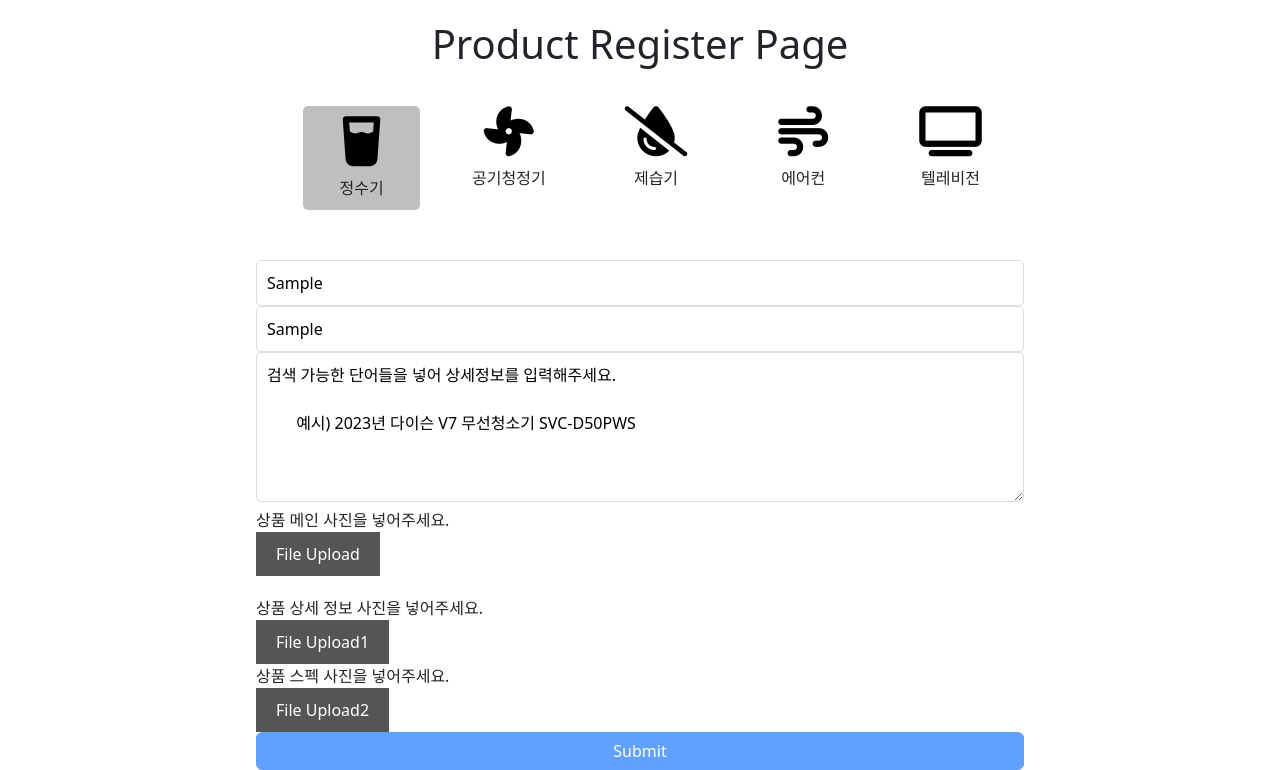
Repository: bbqju13/52si
Page: http://localhost/spring/WEB-INF/views/product/register.jsp
The author's editor kept a copy of each file at every save. The page is drawn from the files as they stood at one save, then again after the next save.
The browser window is 1280 px wide. The pictures show the whole page.
Empty fields were first filled with sample values (such as "Sample", 5 or name@example.com).
After loading, the first visible `li.product` was clicked once.
Some web libraries are served in a nearby version. The page is served by Tomcat 9. Nobody is signed in. Other server files are loaded and not shown. The template is opened directly, without the code that normally fills it, so the values that code supplies are empty.

Above is the page before, as saved 2023-07-28 04:05:41.

### spring/src/main/webapp/WEB-INF/views/product/register.jsp
<%@ page language="java" contentType="text/html; charset=UTF-8"
    pageEncoding="UTF-8"%>
<%@ taglib uri="http://java.sun.com/jsp/jstl/core" prefix="c" %>
<!DOCTYPE html>
<html>
<head>
<meta charset="UTF-8">
<title>Product Register Page</title>
<link rel="stylesheet" href="/resources/css/product/register.css">
<script src="https://kit.fontawesome.com/e927512ef5.js" crossorigin="anonymous"></script>
<link href="https://cdn.jsdelivr.net/npm/bootstrap@5.3.1/dist/css/bootstrap.min.css" rel="stylesheet" integrity="sha384-4bw+/aepP/YC94hEpVNVgiZdgIC5+VKNBQNGCHeKRQN+PtmoHDEXuppvnDJzQIu9" crossorigin="anonymous">
<script src="https://cdn.jsdelivr.net/npm/bootstrap@5.3.1/dist/js/bootstrap.bundle.min.js" integrity="sha384-HwwvtgBNo3bZJJLYd8oVXjrBZt8cqVSpeBNS5n7C8IVInixGAoxmnlMuBnhbgrkm" crossorigin="anonymous"></script>
</head>
<body>
	<h1>Product Register Page</h1>
	 <form action="/product/register" method="post" id="registerForm" class="was-validated" enctype="multipart/form-data">
        <div id="productDiv">
            <ul>
                <li class="product" data-value="정수기">
                    <div>
                        <i class="fa-solid fa-glass-water" style="color: #000000;"></i>
                        <div class="product-name">정수기</div>
                    </div>
                </li>
                <li class="product" data-value="공기청정기">
                    <div>
                        <i class="fa-solid fa-fan" style="color: #000000;"></i>
                        <div class="product-name">공기청정기</div>
                    </div>
                </li>
                <li class="product" data-value="제습기">
                    <div>
                        <i class="fa-solid fa-droplet-slash" style="color: #000000;"></i>
                        <div class="product-name">제습기</div>
                    </div>
                </li>
                <li class="product" data-value="에어컨">
                    <div>
                        <i class="fa-solid fa-wind" style="color: #000000;"></i>
                        <div class="product-name">에어컨</div>
                    </div>
                </li>
                <li class="product" data-value="텔레비전">
                    <div>
                        <i class="fa-solid fa-tv" style="color: #000000;"></i>
                        <div class="product-name">텔레비전</div>
                    </div>
                </li>
            </ul>
        </div>
        <input type="hidden" name="type_a" id="mySelection">
        <p id="type_aError" style="color: red; display: none;">제품 카테고리를 입력해주세요.</p>
       <br>
       <input name="pname" placeholder="제품명을 입력해주세요"> <br>
       <p id="pnameError" style="color: red; display: none;">제품명을 입력해주세요.</p>
       <input id="priceInput" name="price" placeholder="가격을 입력해주세요"> <br>
       <p id="priceError" style="color: red; display: none;">숫자만 입력해주세요.</p>
       <textarea name="content" cols="50" rows="10">검색 가능한 단어들을 넣어 상세정보를 입력해주세요.&#10;
       예시) 2023년 다이슨 V7 무선청소기 SVC-D50PWS
       </textarea> <br>
       상품 메인 사진을 넣어주세요.<input type="file" id="files" name="files" style="display: none" class="form-control" aria-label="file example" required> <br>
       <button type="button" id="trigger">File Upload</button> <br>
       <div id="fileZone">

       </div>
       상품 상세 정보 사진을 넣어주세요.<input type="file" id="files1" name="files" style="display: none" class="form-control" aria-label="file example" required> <br>
       <button type="button" id="trigger1">File Upload1</button> <br>
       <div id="fileZone1">

       </div>

       상품 스펙 사진을 넣어주세요.<input type="file" id="files2" name="files" style="display: none" class="form-control" aria-label="file example" required> <br>
       <button type="button" id="trigger2">File Upload2</button> <br>
       <div id="fileZone2">

       </div>

       <button onclick="validateButton(event)" id="regBtn" class="btn btn-primary" type="submit" disabled>Submit</button>
    </form>

	<script type="text/javascript" src="/resources/js/product/productRegister.js"></script>
	<script type="text/javascript">
	    const thereis = `<c:out value="${thereis}"/>`;
	    console.log(thereis);
	    if (thereis === "1") {
	        alert("같은 상품명이 존재합니다. 다시 입력해주세요.");
	        document.getElementById("registerForm").addEventListener("submit", function(e) {
	        });
	    }
</script>
</body>
</html>

### spring/src/main/webapp/resources/css/product/register.css
body {
    font-family: 'Helvetica Neue', Helvetica, Arial, sans-serif;
    background-color: #fff;
    color: #333;
    margin: 0;
    padding: 0;
}

h1 {
    text-align: center;
    padding: 20px 0;
}

form {
    width: 60%;
    margin: 0 auto;
}

input, textarea {
    width: 100%;
    margin: 10px 0;
    padding: 10px;
    font-size: 0.8em;
    border-radius: 5px;
    border: 1px solid #ddd;
}

textarea {
    height: 150px;
}

li {
    list-style-type: none;
    flex: 1;
    text-align: center;
    padding: 10px;
    box-sizing: border-box;
    margin: 0 5px;
}

ul {
    display: flex;
    justify-content: space-between;
    cursor: pointer;
    padding: 0;
    margin-bottom: 30px;
    min-width: 580px;
}

.product-clicked {
    background-color: rgba(128, 128, 128, 0.5);
    padding: 10px;
    border-radius: 5px;
    animation: pop 0.5s;
}
@keyframes pop {
    0% { transform: scale(1); }
    50% { transform: scale(1.1); }
    100% { transform: scale(1); }
}

i {
    font-size: 50px;
    display: block;
    margin-bottom: 10px;
}

button {
    background-color: #555;
    color: #fff;
    border: none;
    padding: 10px 20px;
    text-align: center;
    text-decoration: none;
    display: inline-block;
    font-size: 16px;
    margin: 4px 2px;
    cursor: pointer;
}

button:hover {
    background-color: #343638;
}

#regBtn {
    width: 100%;
}

#fileZone {
    margin-bottom: 20px;
}

### spring/src/main/webapp/resources/js/product/productRegister.js
document.getElementById('trigger').addEventListener('click', () => {
    document.getElementById('files').click();
})

document.getElementById('trigger1').addEventListener('click', () => {
    document.getElementById('files1').click();
})

document.getElementById('trigger2').addEventListener('click', () => {
    document.getElementById('files2').click();
})

const regExp = new RegExp("\.(exe|sh|bat|msi|dll|js)$");
const regExpImg = new RegExp("\.(jpg|jpeg|png|gif|bmp)$");
const maxSize = 1024*1024*20;

function fileSizeValidation(fileName, fileSize) {
    if(regExp.test(fileName)) {
        return 0;
    } else if(fileSize > maxSize) {
        return 0;
    } else {
        return 1;
    }
}

document.addEventListener('change', (e) => {
    console.log(e.target);
    if(e.target.id=='files') {
        document.getElementById('regBtn').disabled=false;
        const fileObject = document.getElementById('files').files;
        console.log(fileObject);

        let div = document.getElementById('fileZone');
        div.innerHTML = '';
        let ul = `<ul>`;
        let isOk = 1;
        for(let file of fileObject) {
            console.log(file);
            let validResult = fileSizeValidation(file.name, file.size);
            isOk*=validResult;
            ul += `<li>`;
            ul += `${validResult ? '<div>업로드 가능':'<div>업로드 불가능'}</div>`;
            ul += `${file.name}`;
            ul += `<span class="badge rounded-pill text-bg-${validResult?'success':'danger'}">${file.size}Bytes</span></li>`;
        }
        ul += `</ul>`;
        div.innerHTML = ul;
        if(isOk==0) {
            document.getElementById('regBtn').disabled = true;
        }

    }
})

document.addEventListener('change', (e) => {
    console.log(e.target);
    if(e.target.id=='files1') {
        document.getElementById('regBtn').disabled=false;
        const fileObject = document.getElementById('files1').files;
        console.log(fileObject);

        let div1 = document.getElementById('fileZone1');
        div1.innerHTML = '';
        let ul = `<ul>`;
        let isOk = 1;
        for(let file of fileObject) {
            console.log(file);
            let validResult = fileSizeValidation(file.name, file.size);
            isOk*=validResult;
            ul += `<li>`;
            ul += `${validResult ? '<div>업로드 가능':'<div>업로드 불가능'}</div>`;
            ul += `${file.name}`;
            ul += `<span class="badge rounded-pill text-bg-${validResult?'success':'danger'}">${file.size}Bytes</span></li>`;
        }
        ul += `</ul>`;
        div1.innerHTML = ul;
        if(isOk==0) {
            document.getElementById('regBtn').disabled = true;
        }

    }
})

document.addEventListener('change', (e) => {
    console.log(e.target);
    if(e.target.id=='files2') {
        document.getElementById('regBtn').disabled=false;
        const fileObject = document.getElementById('files2').files;
        console.log(fileObject);

        let div1 = document.getElementById('fileZone2');
        div1.innerHTML = '';
        let ul = `<ul>`;
        let isOk = 1;
        for(let file of fileObject) {
            console.log(file);
            let validResult = fileSizeValidation(file.name, file.size);
            isOk*=validResult;
            ul += `<li>`;
            ul += `${validResult ? '<div>업로드 가능':'<div>업로드 불가능'}</div>`;
            ul += `${file.name}`;
            ul += `<span class="badge rounded-pill text-bg-${validResult?'success':'danger'}">${file.size}Bytes</span></li>`;
        }
        ul += `</ul>`;
        div1.innerHTML = ul;
        if(isOk==0) {
            document.getElementById('regBtn').disabled = true;
        }

    }
})

window.onload = function(){
    var products = document.querySelectorAll('.product');
    products.forEach(function(product){
        product.addEventListener('click', function(e){
            // remove product-clicked from all products
            products.forEach(function(prod){
                prod.firstElementChild.classList.remove('product-clicked');
            });

            // add product-clicked to the clicked product
            e.currentTarget.firstElementChild.classList.add('product-clicked');

            // update the hidden input with the data-value of the clicked product
            document.getElementById('mySelection').value = e.currentTarget.dataset.value;
        });
    });
}

function validateButton(event) {
    var type_aInput = document.querySelector('input[name="type_a"]');
    var type_aError = document.getElementById("type_aError");
    var pnameInput = document.querySelector('input[name="pname"]');
    var pnameError = document.getElementById("pnameError");
    var priceInput = document.querySelector('input[name="price"]');
    var priceError = document.getElementById("priceError");
    var contentTextarea = document.querySelector('textarea[name="content"]');
    var isFormValid = true; // 폼 유효성 검사 결과
    console.log(isFormValid);

    if (type_aInput.value.trim() === "") {
        isFormValid = false;
        type_aError.style.display = "block";
    } else {
        type_aError.style.display = "none";
    }

    if (pnameInput.value.trim() === "") {
        isFormValid = false;
        pnameError.style.display = "block";
    } else {
        pnameError.style.display = "none";
    }

    if (priceInput.value.trim() === "" || isNaN(priceInput.value)) {
        isFormValid = false;
        priceError.style.display = "block";
    } else {
        priceError.style.display = "none";
    }

    if (contentTextarea.value.trim() === "") {
        isFormValid = false;
    }

    console.log(isFormValid);
    // 폼 전송 막기
    if (!isFormValid) {
        event.preventDefault();
    }
}

After the next save:
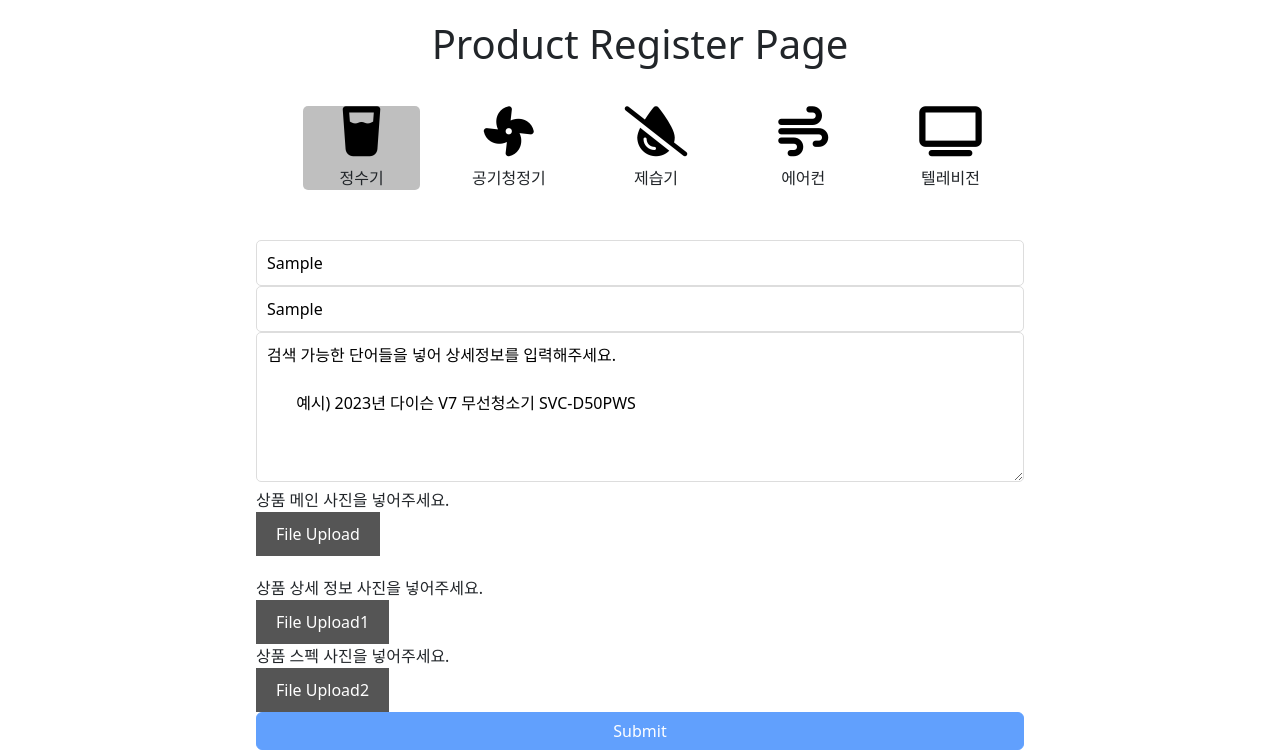
Saved 5 min 36 s later.
--- a/spring/src/main/webapp/resources/css/product/register.css
+++ b/spring/src/main/webapp/resources/css/product/register.css
@@ -49,7 +49,7 @@
 
 .product-clicked {
     background-color: rgba(128, 128, 128, 0.5);
-    padding: 10px;
+    padding: 0px;
     border-radius: 5px;
     animation: pop 0.5s;
 }

After the 4 saves that followed:
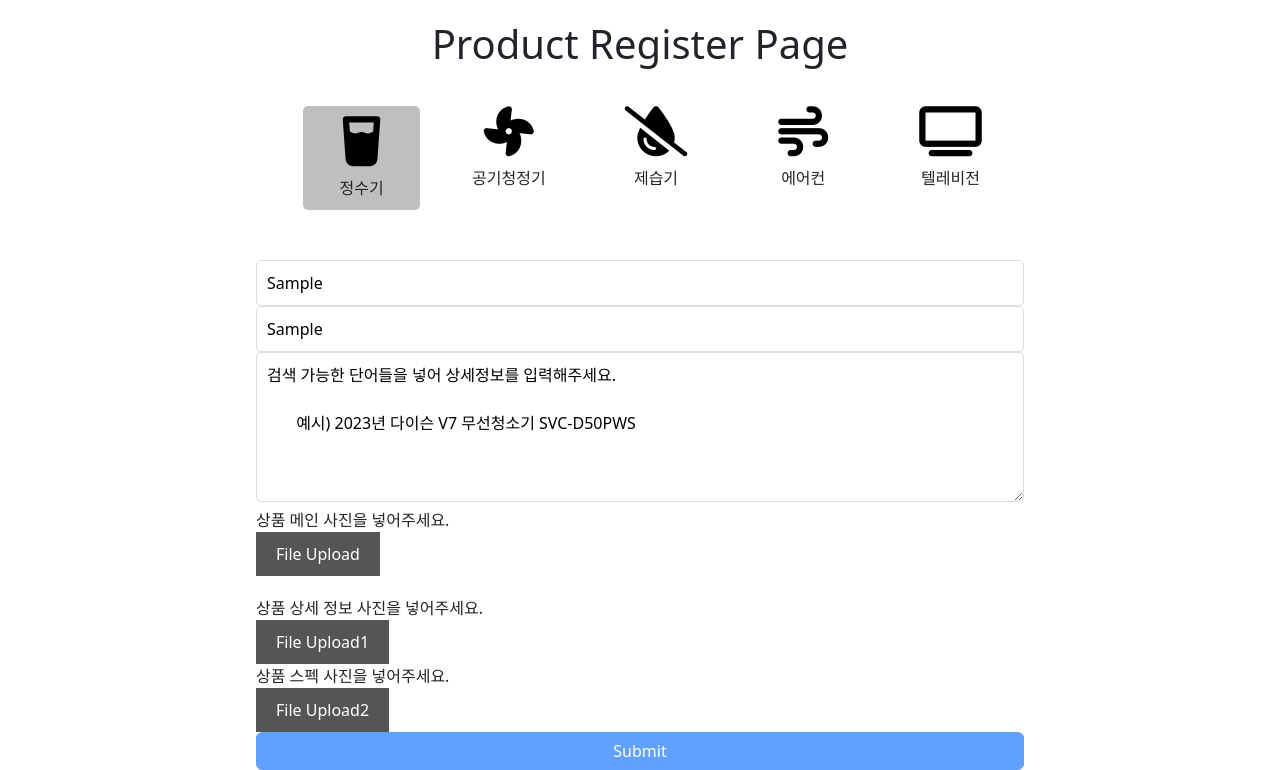
The 4 saves are shown as one change because 3 left the picture as it was.
The last was saved 3 min 18 s later.
--- a/spring/src/main/webapp/resources/css/product/register.css
+++ b/spring/src/main/webapp/resources/css/product/register.css
@@ -49,13 +49,13 @@
 
 .product-clicked {
     background-color: rgba(128, 128, 128, 0.5);
-    padding: 0px;
+    padding: 10px;
     border-radius: 5px;
-    animation: pop 0.5s;
+    animation: pop 0.6s;
 }
 @keyframes pop {
     0% { transform: scale(1); }
-    50% { transform: scale(1.1); }
+    50% { transform: scale(1.2); }
     100% { transform: scale(1); }
 }
 
